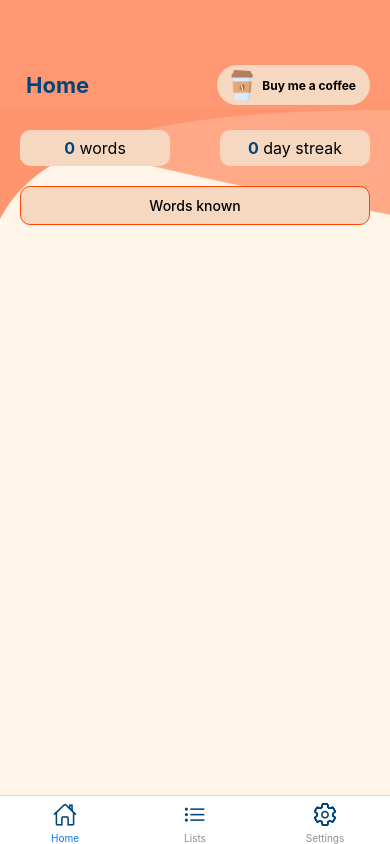
Repository: David-Waite/SpellingApp
Screen: /
The author's editor kept a copy of each file at every save. The screen is drawn from the files as they stood at one save, then again after the next save.
The app was drawn by React Native's web renderer in a window 390 px wide. The project was rebuilt for these pictures with package versions that can differ from the ones it lists, and the page was loaded fresh each time. Also part of the build but not shown: screens/Settings.js, screens/SpellWord.js, screens/WordsLearnt.js, screens/WordListOverview.js, screens/WordLists.js, screens/Donate.js.

Above is the screen before, as saved 2023-06-22 22:29:08.

### App.js
import { NavigationContainer } from "@react-navigation/native";
import { StatusBar } from "expo-status-bar";
import { StyleSheet } from "react-native";
import { Ionicons } from "@expo/vector-icons";

import Home from "./screens/Home";
import Settings from "./screens/Settings";
import SpellWord from "./screens/SpellWord";
import WordsLearnt from "./screens/WordsLearnt";
import WordListOverview from "./screens/WordListOverview";
import WordLists from "./screens/WordLists";
import Donate from "./screens/Donate";

import { createStackNavigator } from "@react-navigation/stack";
import { createBottomTabNavigator } from "@react-navigation/bottom-tabs";
import { GlobalStyles } from "./constants/styles";

import CoffeeBtn from "./components/ui/CoffeeBtn";

const BottomTabs = createBottomTabNavigator();
const Stack = createStackNavigator();

function BottomTabsScreens() {
  return (
    <BottomTabs.Navigator>
      <BottomTabs.Screen
        name="Home"
        component={Home}
        headerShadowVisible={false}
        options={({ navigation }) => ({
          headerRight: () => (
            <CoffeeBtn
              onPress={() => {
                navigation.navigate("Donate");
              }}
            />
          ),
          title: "Home",
          tabBarLabel: "Home",
          headerTitleAlign: "left",
          headerShadowVisible: false,
          headerTitleStyle: {
            color: GlobalStyles.colors.accent500,
            fontSize: 22,
            marginLeft: 10,
            fontWeight: 700,
            marginBottom: -60,
          },
          headerStyle: {
            backgroundColor: GlobalStyles.colors.primary400,
            height: 110,
          },

          tabBarIcon: ({ color, size }) => (
            <Ionicons
              name="home-outline"
              size={size}
              color={GlobalStyles.colors.accent500}
            />
          ),
        })}
      />
      <BottomTabs.Screen
        name="WordLists"
        component={WordLists}
        options={{
          title: "Word Lists",
          tabBarLabel: "Lists",
          tabBarIcon: ({ color, size }) => (
            <Ionicons
              name="list-outline"
              size={size}
              color={GlobalStyles.colors.accent500}
            />
          ),
        }}
      />
      <BottomTabs.Screen
        name="Settings"
        component={Settings}
        options={{
          title: "Settings",
          tabBarLabel: "Settings",
          tabBarIcon: ({ color, size }) => (
            <Ionicons
              name="settings-outline"
              size={size}
              color={GlobalStyles.colors.accent500}
            />
          ),
        }}
      />
    </BottomTabs.Navigator>
  );
}
export default function App() {
  return (
    <>
      <StatusBar style="light" />
      <NavigationContainer>
        <Stack.Navigator>
          <Stack.Screen
            name="BottomTabsScreen"
            component={BottomTabsScreens}
            options={{ headerShown: false }}
          />
          <Stack.Screen
            name="WordsLearnt"
            component={WordsLearnt}
            options={{ presentation: "modal" }}
          />
          <Stack.Screen name="WordListOverview" component={WordListOverview} />
          <Stack.Screen
            name="SpellWord"
            component={SpellWord}
            options={{ presentation: "modal" }}
          />
          <Stack.Screen
            name="Donate"
            component={Donate}
            options={{ presentation: "modal" }}
          />
        </Stack.Navigator>
      </NavigationContainer>
    </>
  );
}

const styles = StyleSheet.create({
  container: {
    flex: 1,
    backgroundColor: "#fff",
    alignItems: "center",
    justifyContent: "center",
  },
});

### screens/Home.js
import { ImageBackground, Text, View } from "react-native";
import { Dimensions } from "react-native";

import { StyleSheet } from "react-native";
import { GlobalStyles } from "../constants/styles";

import WordsLearntCard from "../components/ui/WordsLearntCard";
import StatBtn from "../components/ui/Home/StatBtn";

const windowWidth = Dimensions.get("window").width;
const windowHeight = Dimensions.get("window").height;
const imageHeight = windowWidth / 3.5;

function Home({ navigation }) {
  return (
    <View style={styles.imageContainer}>
      <ImageBackground
        style={styles.ImageBackground}
        source={require("../images/SpellingAppHeaderBackground.png")}
      >
        <View style={styles.container}>
          <View style={styles.statContainer}>
            <StatBtn stat={0} text="words" />
            <StatBtn stat={0} text="day streak" />
          </View>
          <WordsLearntCard navigation={navigation} />
        </View>
      </ImageBackground>
    </View>
  );
}

export default Home;

const styles = StyleSheet.create({
  imageContainer: {
    flex: 1,
    backgroundColor: GlobalStyles.colors.background,
  },
  statContainer: {
    flexDirection: "row",
    justifyContent: "space-between",
    marginVertical: 20,
  },
  container: {
    padding: 20,
    paddingTop: 0,
  },
  ImageBackground: {
    resizeMode: "contain",
    width: windowWidth,
    height: imageHeight,
  },
});

### constants/styles.js
export const GlobalStyles = {
  colors: {
    background: "#FFF6E9",
    primary50: "#FFF0E5",
    primary100: "#F6D7BF",
    primary100Dark: "#c7ad99",
    primary300: "#FFA989",
    primary400: "#FF9872",
    primary500: "#FF946E",
    primary800: "#FF4400",
    accent500: "#00467B",
    success500: "#0A8900",
    error500: "#FF0000",
  },
};

### components/ui/CoffeeBtn.js
import { Image } from "react-native";
import { StyleSheet } from "react-native";
import { Pressable } from "react-native";
import { View, Text } from "react-native";
import { GlobalStyles } from "../../constants/styles";

function CoffeeBtn({ onPress }) {
  return (
    <Pressable
      onPress={onPress}
      style={({ pressed }) => [styles.conatiner, pressed && styles.pressed]}
    >
      <View style={styles.layoutConatiner}>
        <Image
          style={styles.coffee}
          source={require("../../images/coffee-cup.png")}
        />
        <Text style={styles.text}>Buy me a coffee</Text>
      </View>
    </Pressable>
  );
}

export default CoffeeBtn;

const styles = StyleSheet.create({
  conatiner: {
    backgroundColor: GlobalStyles.colors.primary100,
    borderRadius: 20,
    paddingLeft: 10,
    paddingRight: 14,
    paddingVertical: 5,
    marginRight: 20,
    marginBottom: -60,
  },
  layoutConatiner: {
    flexDirection: "row",
    alignItems: "center",
    gap: 5,
  },
  text: {
    fontSize: 12,
    fontWeight: 700,
  },
  coffee: {
    width: 30,
    height: 30,
  },
  pressed: {
    backgroundColor: GlobalStyles.colors.primary100Dark,
    borderRadius: 20,
  },
});

### components/ui/WordsLearntCard.js
import { Text, StyleSheet } from "react-native";

import { GlobalStyles } from "../../constants/styles";
import { Pressable } from "react-native";
import { View } from "react-native";

function WordsLearntCard({ navigation }) {
  return (
    <Pressable onPress={() => navigation.navigate("WordsLearnt")}>
      <View style={styles.container}>
        <Text style={styles.WordsKnownText}>Words known</Text>
      </View>
    </Pressable>
  );
}

export default WordsLearntCard;

const styles = StyleSheet.create({
  container: {
    backgroundColor: GlobalStyles.colors.primary100,
    paddingHorizontal: 10,
    paddingVertical: 10,
    borderRadius: 10,
    borderColor: GlobalStyles.colors.primary800,
    borderWidth: 1,
  },
  WordsKnownText: {
    textAlign: "center",
    fontWeight: "500",
  },
  pressed: {
    opacity: 0.75,
  },
});

### components/ui/Home/StatBtn.js
import { StyleSheet } from "react-native";
import { Text, View } from "react-native";
import { GlobalStyles } from "../../../constants/styles";

function StatBtn({ stat, text }) {
  return (
    <View style={styles.container}>
      <Text style={styles.stat}>
        {stat}
        <Text style={styles.text}> {text}</Text>
      </Text>
    </View>
  );
}

export default StatBtn;

const styles = StyleSheet.create({
  container: {
    flexDirection: "row",
    gap: 10,
    backgroundColor: GlobalStyles.colors.primary100,
    borderRadius: 10,
    paddingHorizontal: 10,
    paddingVertical: 8,
    minWidth: 150,
    justifyContent: "center",
  },
  stat: {
    fontSize: 16,
    color: GlobalStyles.colors.accent500,
    fontWeight: "bold",
  },
  text: {
    color: "black",
    fontWeight: 400,
  },
});

After the next save:
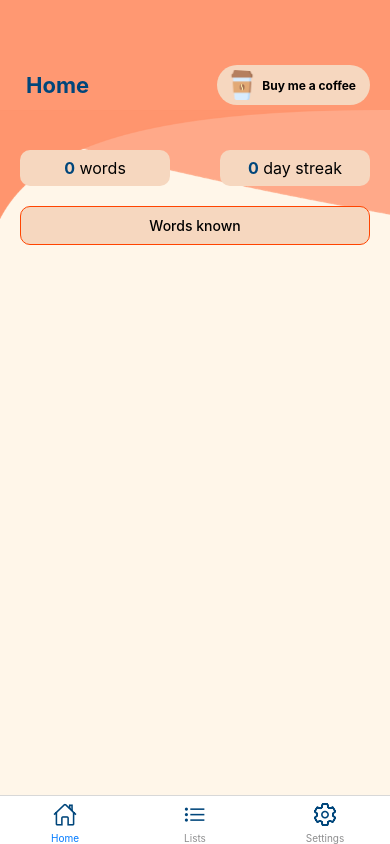
Saved 4 s later.
--- a/screens/Home.js
+++ b/screens/Home.js
@@ -44,7 +44,6 @@ const styles = StyleSheet.create({
   },
   container: {
     padding: 20,
-    paddingTop: 0,
   },
   ImageBackground: {
     resizeMode: "contain",
